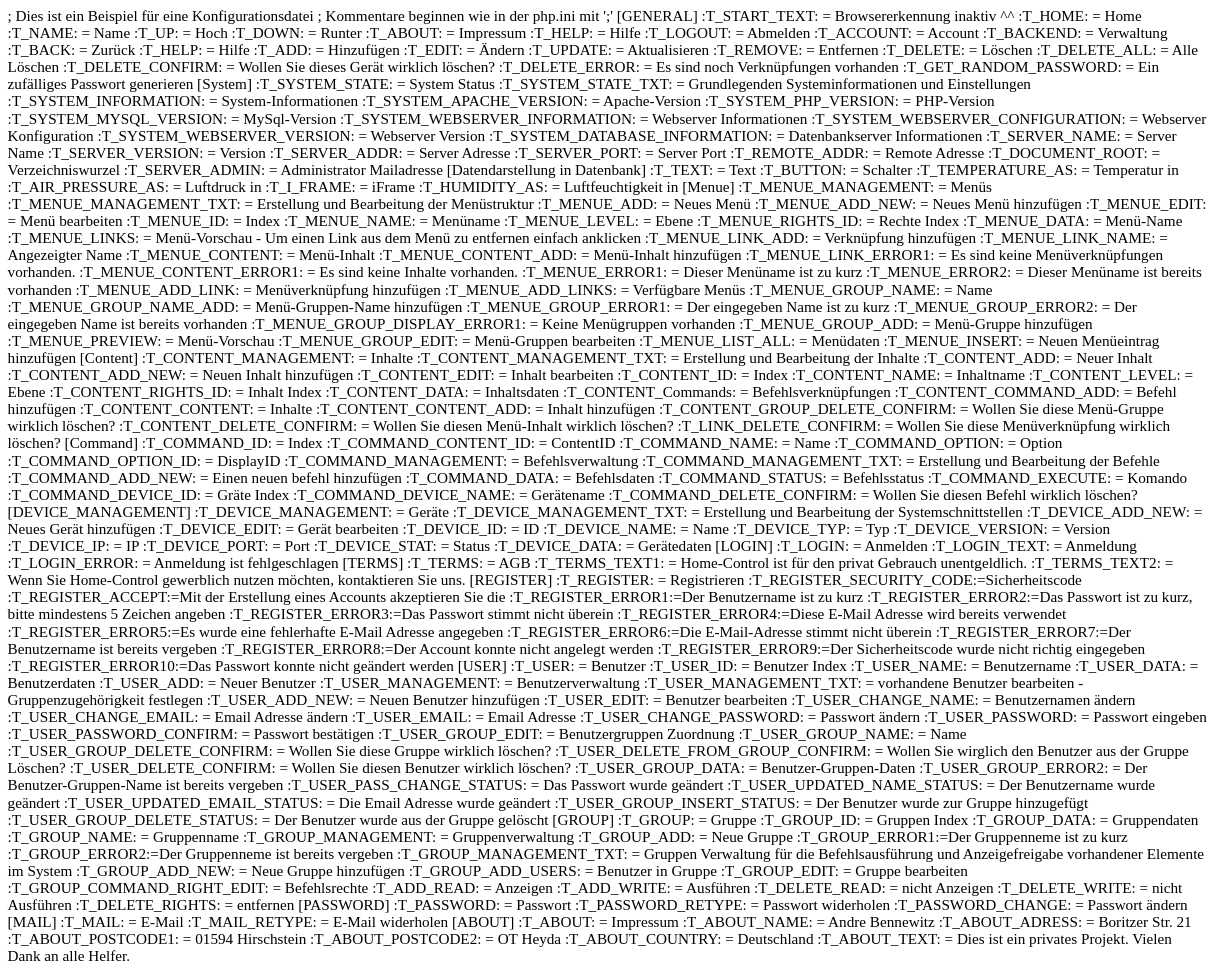
Repository: 0xF3ERROR/Home-Control
Page: http://localhost/language/lang_Ger.php
An editor plug-in stored every save of this project. The page is shown before and after the next save, followed by the edit.
The browser window is 1280 px wide. The pictures show the whole page, at 95% of full size.
The page is run by PHP 8.4 with error messages shown; the project is at /var/www/html/.

Above is the page before, as saved 2012-09-17 19:26:34.

After the next save:
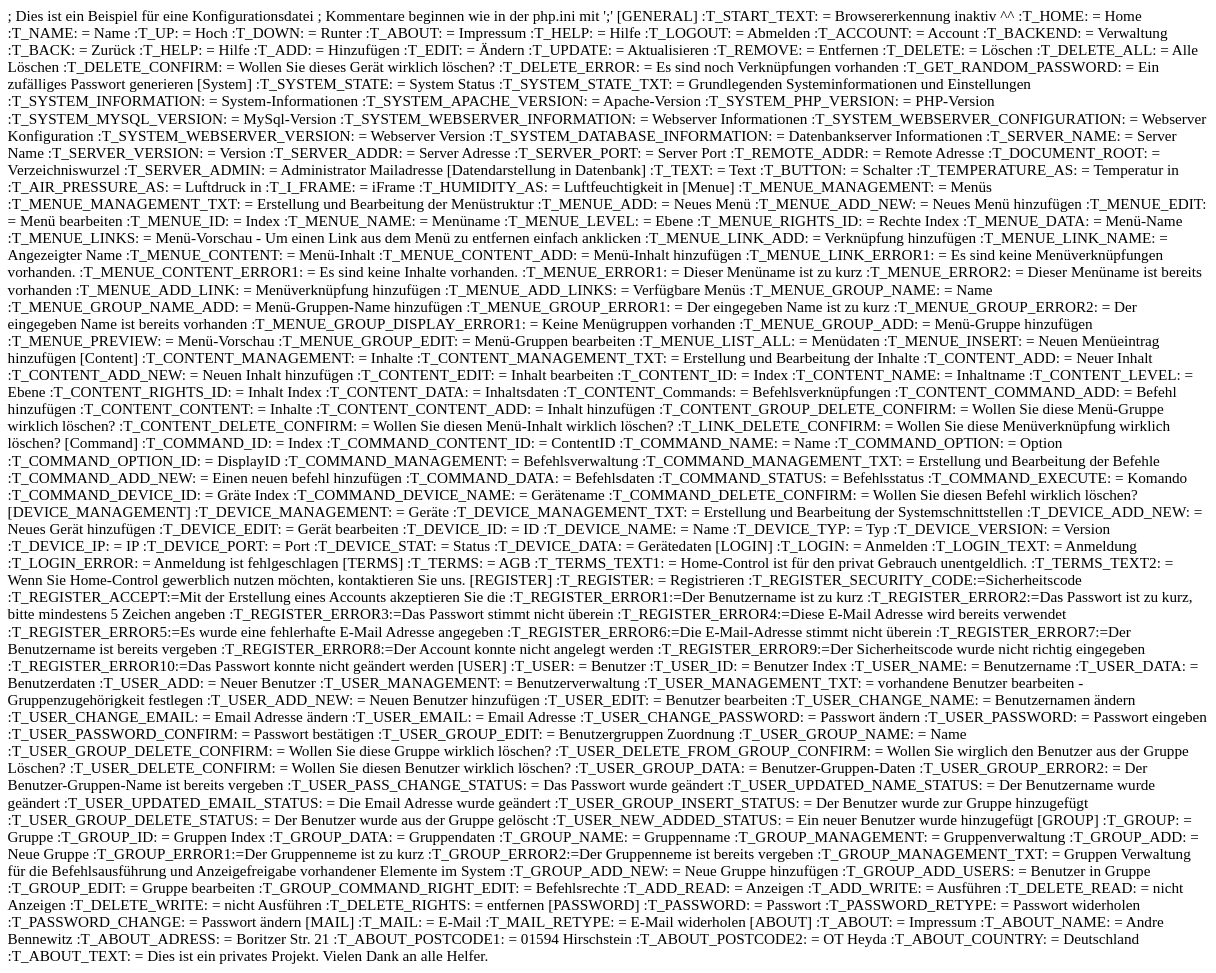
Saved 46 s later.
--- a/Source/language/lang_Ger.php
+++ b/Source/language/lang_Ger.php
@@ -203,7 +203,7 @@
 
 :T_USER_GROUP_INSERT_STATUS: = Der Benutzer wurde zur Gruppe hinzugefügt
 :T_USER_GROUP_DELETE_STATUS: = Der Benutzer wurde aus der Gruppe gelöscht
-
+:T_USER_NEW_ADDED_STATUS: = Ein neuer Benutzer wurde hinzugefügt
 
 
 [GROUP]
